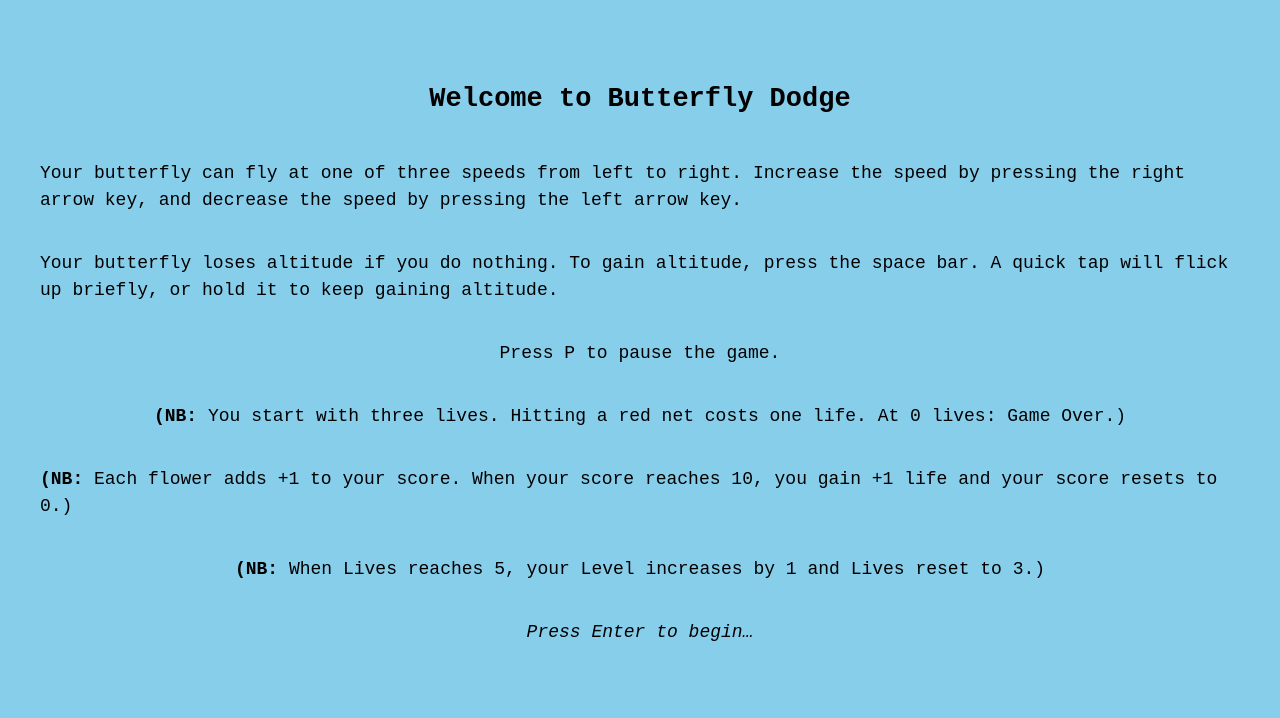
Repository: DeepFriedTurkey441/butterfly_dodge
Page: index.html
The author's editor kept a copy of each file at every save. The page is drawn from the files as they stood at one save, then again after the next save.
The browser window is 1280 px wide. The pictures show the whole page.

Above is the page before, as saved 2025-08-31 07:42:25.

After the next save:
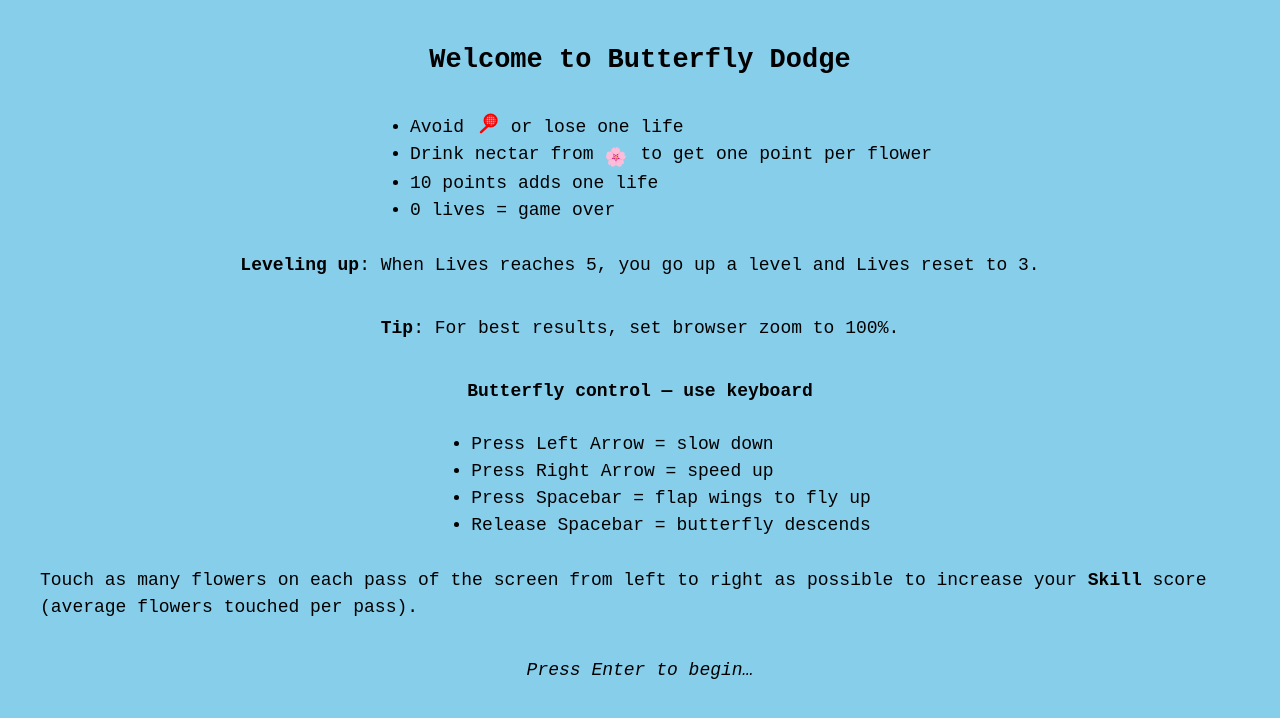
Saved 6 s later.
--- a/index.html
+++ b/index.html
@@ -20,20 +20,74 @@
   <!-- Instructions screen (visible on first load only) -->
   <div id="instructions">
     <h2>Welcome to Butterfly Dodge</h2>
-    <p>Your butterfly can fly at one of three speeds from left to right. Increase the speed by pressing the right arrow key, and decrease the speed by pressing the left arrow key.</p>
-    <p>Your butterfly loses altitude if you do nothing. To gain altitude, press the space bar. A quick tap will flick up briefly, or hold it to keep gaining altitude.</p>
-    <p>Press P to pause the game.</p>
-    <p><strong>(NB:</strong> You start with three lives. Hitting a red net costs one life. At 0 lives: Game Over.)</p>
-    <p><strong>(NB:</strong> Each flower adds +1 to your score. When your score reaches 10, you gain +1 life and your score resets to 0.)</p>
-    <p><strong>(NB:</strong> When Lives reaches 5, your Level increases by 1 and Lives reset to 3.)</p>
+    <ul class="intro-bullets">
+      <li>Avoid
+        <span class="ico" aria-hidden="true">
+          <svg viewBox="0 0 100 100" xmlns="http://www.w3.org/2000/svg">
+            <!-- Hoop -->
+            <circle cx="62" cy="38" r="24" fill="none" stroke="red" stroke-width="8"/>
+            <!-- Mesh inside the hoop (simple grid clipped to circle) -->
+            <defs>
+              <clipPath id="introNetClip"><circle cx="62" cy="38" r="24"/></clipPath>
+            </defs>
+            <g clip-path="url(#introNetClip)" stroke="red" stroke-width="3" opacity="0.9">
+              <path d="M38 22 H86 M38 30 H86 M38 38 H86 M38 46 H86 M38 54 H86"/>
+              <path d="M46 14 V62 M54 14 V62 M62 14 V62 M70 14 V62 M78 14 V62"/>
+            </g>
+            <!-- Handle -->
+            <path d="M24 84 L55 55" stroke="red" stroke-width="10" stroke-linecap="round"/>
+          </svg>
+        </span>
+        or lose one life
+      </li>
+      <li>Drink nectar from
+        <span class="ico" role="img" aria-label="flower">🌸</span>
+        to get one point per flower
+      </li>
+      <li>10 points adds one life</li>
+      <li>0 lives = game over</li>
+    </ul>
+
+    <p><strong>Leveling up</strong>: When Lives reaches 5, you go up a level and Lives reset to 3.</p>
+    <p><strong>Tip</strong>: For best results, set browser zoom to 100%.</p>
+
+    <p><strong>Butterfly control — use keyboard</strong></p>
+    <ul class="intro-bullets">
+      <li>Press Left Arrow = slow down</li>
+      <li>Press Right Arrow = speed up</li>
+      <li>Press Spacebar = flap wings to fly up</li>
+      <li>Release Spacebar = butterfly descends</li>
+    </ul>
+
+    <p>Touch as many flowers on each pass of the screen from left to right as possible to increase your <strong>Skill</strong> score (average flowers touched per pass).</p>
     <p><em>Press Enter to begin…</em></p>
   </div>
 
   <!-- Game UI (hidden until game starts) -->
   <div id="game-area" hidden>
     <div id="hud">
-      <span id="score">Score: 0</span>   <span id="lives">Lives: 3</span>   <span id="level">Level: 1</span>   <span>   Mute sound:</span> <button id="mute-sfx" aria-label="Toggle sound effects" title="Toggle sound effects">🔊</button>   <span>   Music volume:</span> <input id="music-volume" type="range" min="0" max="100" value="30" />
+      <span id="score">Points: 0</span>   <span id="lives">Lives: 3</span>   <span id="level">Level: 1</span>   <span>   Mute sound:</span> <button id="mute-sfx" aria-label="Toggle sound effects" title="Toggle sound effects" tabindex="-1">🔊</button>   <span>   Music volume:</span> <input id="music-volume" type="range" min="0" max="100" value="30" />   <span id="skill">Skill: 0.000</span>
     </div>
+    <!-- First-flower tutorial overlay -->
+    <div id="flowermsg" hidden>
+      <div class="levelup-wrap">
+        <h2>Nice!</h2>
+        <p>Congratulations! Your butterfly just drank some nectar from a flower.</p>
+        <p>You get 1 point. 10 points = 1 extra life. 5 lives = jump up a level.</p>
+        <p>Press Enter to continue…</p>
+      </div>
+    </div>
+    <!-- Skill score tutorial overlay (level 4+ only) -->
+    <div id="skillmsg" hidden>
+      <div class="levelup-wrap">
+        <h2>Skill Score Explained!</h2>
+        <p>See the <strong>Skill</strong> score at the top? That's the average number of flowers you're touching per pass from left to right across the screen.</p>
+        <p>If this ever reaches <strong>8.000 or higher</strong>, you'll get a powerful surprise! 🦋✨</p>
+        <p>Press Enter to continue…</p>
+      </div>
+    </div>
+    <!-- Super timer badge (shown only during super mode) -->
+    <div id="super-timer" hidden>15</div>
     <!-- Level-up announcement overlay -->
     <div id="levelup" hidden>
       <div class="levelup-wrap">
@@ -43,9 +97,28 @@
         <p>Press Enter to continue…</p>
       </div>
     </div>
+    <!-- Super Butterfly announcement overlay -->
+    <div id="supermsg" hidden>
+      <div class="levelup-wrap">
+        <h2>Super Butterfly!</h2>
+        <p id="supermsg-text">Congrats! You're now a super butterfly for the next 15 seconds.</p>
+        <p>While super, touching a flower slides it left to the edge and your pass restarts.</p>
+        <p>Press Enter to continue…</p>
+      </div>
+    </div>
+    <!-- First-net tutorial overlay -->
+    <div id="netmsg" hidden>
+      <div class="levelup-wrap">
+        <h2>Oh no!</h2>
+        <p>Your butterfly just got caught in a net.</p>
+        <p>You lose 1 life. Out of lives = game over. 5 lives = jump up to a new level and start with 3 lives.</p>
+        <p>Press Enter to continue…</p>
+      </div>
+    </div>
     <div id="game-over" hidden>
       <p>Game Over!</p>
       <p>Play again? (Y/N)</p>
+      <div id="leaderboard" aria-live="polite"></div>
     </div>
     <div id="pause-message" hidden>Game Paused</div>
     <div id="butterfly"></div>
